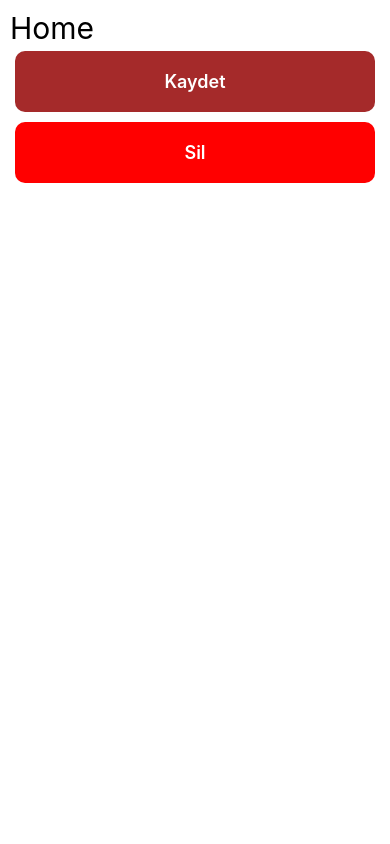
Repository: Kubraaygun/ReactNativeMVVM
Screen: /
The author's editor kept a copy of each file at every save. The screen is drawn from the files as they stood at one save, then again after the next save.
The app was drawn by React Native's web renderer in a window 390 px wide. The project was rebuilt for these pictures with package versions that can differ from the ones it lists, and the page was loaded fresh each time.

Above is the screen before, as saved 2024-12-12 01:19:37.

### App.jsx
//import liraries
import React, {Component} from 'react';
import {View, Text, StyleSheet} from 'react-native';
import Home from './src/screens/home';

// create a component
const App = () => {
  return <Home />;
};

export default App;

### src/screens/home/index.jsx
//import liraries
import React, {Component} from 'react';
import {View, Text, StyleSheet, SafeAreaView, Alert} from 'react-native';
import Button from '../../components/ui/button';

// create a component
const Home = () => {
  return (
    <SafeAreaView style={styles.container}>
      <View style={styles.screen}>
        <Text style={{fontSize: 30}}>Home</Text>
        <Button
          status="success"
          onPress={() => Alert.alert('merhaba')}
          title="Kaydet"
        />
        <Button onPress={() => Alert.alert('merhaba')} title="Sil" />
      </View>
    </SafeAreaView>
  );
};

// define your styles
const styles = StyleSheet.create({
  container: {
    flex: 1,
    backgroundColor: '#fff',
    padding: 10,
  },
  screen: {
    padding: 10,
    flex: 1,
  },
});

//make this component available to the app
export default Home;

### src/components/ui/button.jsx
//import liraries
import React, {Component} from 'react';
import {View, Text, StyleSheet, TouchableOpacity, Alert} from 'react-native';

// create a component
const Button = props => {
  const {title, status} = props;
  return (
    <TouchableOpacity
      {...props}
      style={[
        styles.container,
        status == 'success' ? styles.success : styles.error,
      ]}>
      <Text style={styles.title}>{title}</Text>
    </TouchableOpacity>
  );
};

// define your styles
const styles = StyleSheet.create({
  container: {
    justifyContent: 'center',
    alignItems: 'center',
    backgroundColor: 'purple',
    padding: 20,
    borderRadius: 10,
    margin: 5,
  },

  success: {
    backgroundColor: 'brown',
  },
  error: {
    backgroundColor: 'red',
  },

  title: {
    color: 'white',
    fontWeight: '600',
    fontSize: 18,
  },
});

//make this component available to the app
export default Button;

After the next save:
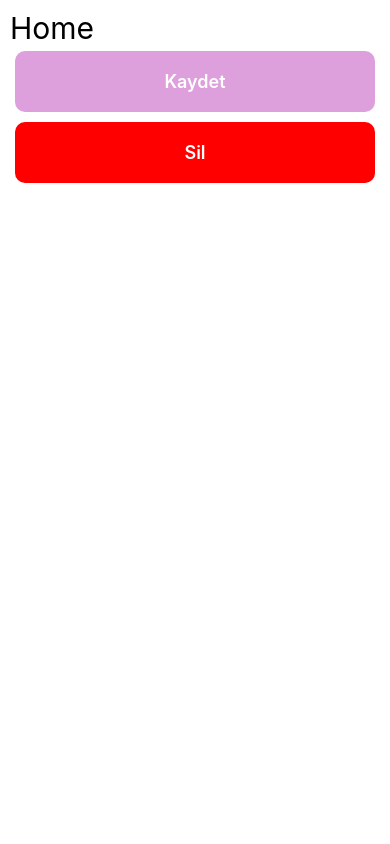
Saved 4 s later.
--- a/src/components/ui/button.jsx
+++ b/src/components/ui/button.jsx
@@ -29,7 +29,7 @@ const styles = StyleSheet.create({
   },
 
   success: {
-    backgroundColor: 'brown',
+    backgroundColor: 'plum',
   },
   error: {
     backgroundColor: 'red',
